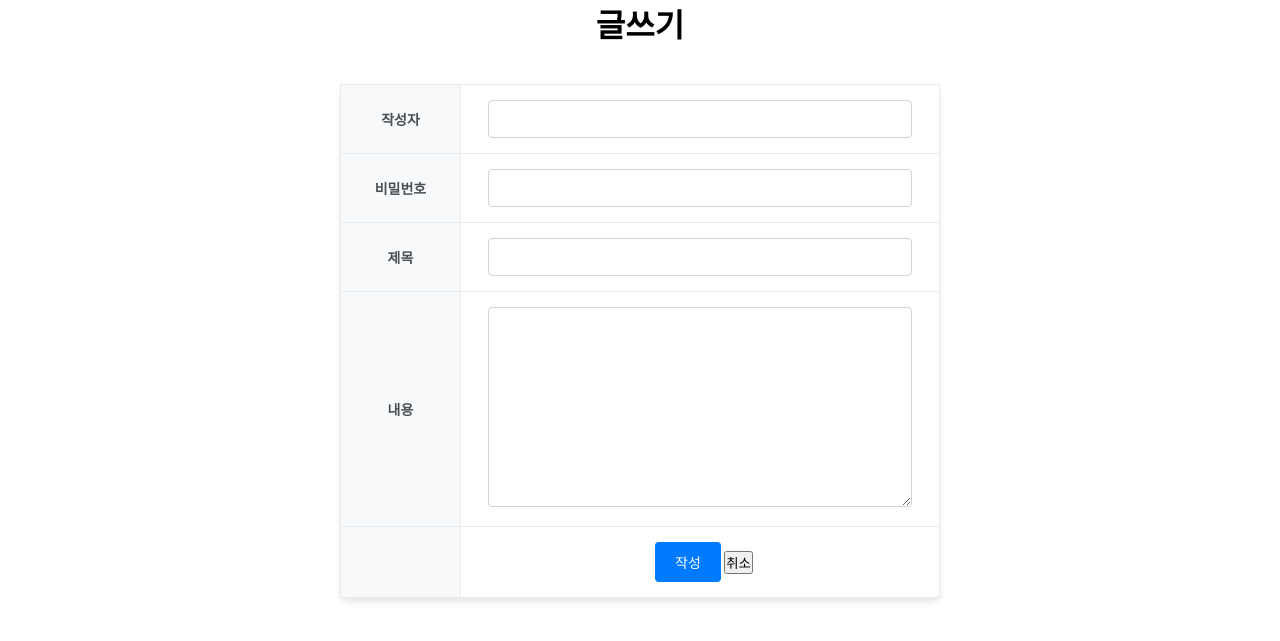
Repository: 1plus1equals3-true/Board-temp
Page: http://localhost/jsp/board/write.jsp
These files come from the project's save history. The page is drawn as it stood at one moment and after the next save; the edit follows.
The browser window is 1280 px wide. The pictures show the whole page.
The page is served by Tomcat 9. Other server files are loaded and not shown.

Above is the page before, as saved 2025-09-10 01:18:22.

### jsp/src/main/webapp/board/write.jsp
<%@ page language="java" contentType="text/html; charset=UTF-8"
    pageEncoding="UTF-8"%>
<!DOCTYPE html>
<html>
<head>
<meta charset="UTF-8">
<title>쓰기</title>
<style>
*{
	margin: 0 auto;
	padding: 0;
	text-align: center;
	box-sizing: border-box;
}
.write-form table {
    width: 100%;
    border-collapse: collapse;
    font-size: 14px;
    margin: 20px auto;
    max-width: 600px;
    background-color: #fff;
    border: 1px solid #dee2e6;
    border-radius: 8px;
    box-shadow: 0 4px 6px rgba(0, 0, 0, 0.1);
}

.write-form td {
    padding: 15px;
    border: 1px solid #e9ecef;
}

.write-form td:first-child {
    background-color: #f8f9fa;
    font-weight: bold;
    color: #495057;
    text-align: center;
    width: 120px;
}

.write-form input[type="text"],
.write-form textarea {
    width: calc(100% - 24px);
    padding: 10px 12px;
    border: 1px solid #ced4da;
    border-radius: 4px;
    font-size: 14px;
    box-sizing: border-box;
}

.write-form textarea {
    height: 200px;
    resize: vertical;
}

.write-form .button-container {
    text-align: right;
}

.write-form input[type="submit"],
.write-form .btn-cancel {
    padding: 10px 20px;
    border: none;
    border-radius: 4px;
    font-size: 14px;
    cursor: pointer;
    transition: background-color 0.3s ease;
    margin-left: 8px;
}

.write-form input[type="submit"] {
    background-color: #007bff;
    color: white;
}

.write-form input[type="submit"]:hover {
    background-color: #0056b3;
}

.write-form .btn-cancel {
    background-color: #6c757d;
    color: white;
}

.write-form .btn-cancel:hover {
    background-color: #5a6268;
}

/* a 태그 안에 button을 넣었을 때 스타일 */
.write-form a {
    text-decoration: none;
}
</style>
</head>
<body>

<h1>글쓰기</h1><br>
<form action="write_proc.jsp" method="get" class="write-form">
	<table>

		<tr>
			<td>작성자</td>
			<td><input type="text" name="writeid"></td>
		</tr>
		<tr>
			<td>비밀번호</td>
			<td><input type="text" name="writepass"></td>
		</tr>
		<tr>
			<td>제목</td>
			<td><input type="text" name="writetitle"></td>
		</tr>
		<tr>
			<td>내용</td>
			<td>
				<textarea class="text" name="writetext"></textarea>
			</td>
		</tr>
		<tr>
			<td></td>
			<td>
				<input type="submit" value="작성">
				<a href="list.jsp"><button type="button">취소</button></a>
			</td>
		</tr>

	</table>
</form>

</body>
</html>

After the next save:
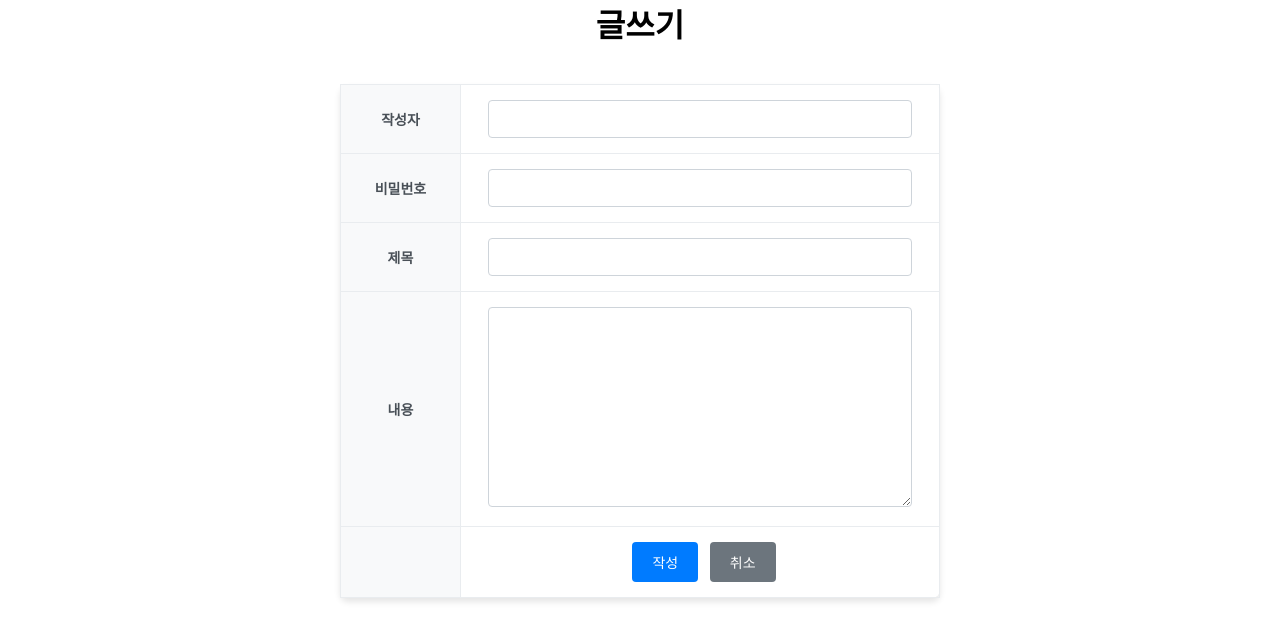
Saved 63 s later.
--- a/jsp/src/main/webapp/board/write.jsp
+++ b/jsp/src/main/webapp/board/write.jsp
@@ -119,7 +119,7 @@
 			<td></td>
 			<td>
 				<input type="submit" value="작성">
-				<a href="list.jsp"><button type="button">취소</button></a>
+				<a href="list.jsp"><button type="button" class="btn-cancel">취소</button></a>
 			</td>
 		</tr>
 
